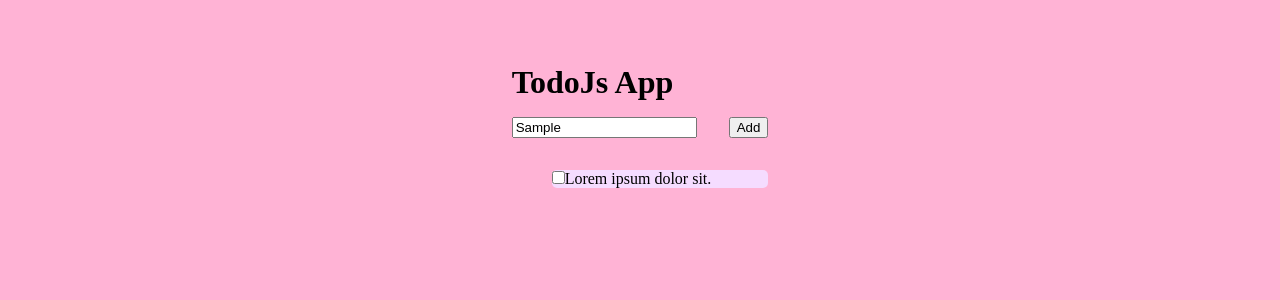
Repository: AlexandraYuhno/todo
Page: index.html
These files come from the project's save history. The page is drawn as it stood at one moment and after the next save; the edit follows.
The browser window is 1280 px wide. The pictures show the whole page.
Empty fields were first filled with sample values (such as "Sample", 5 or name@example.com).
After loading, the first visible `#btnAdd` was clicked once.

Above is the page before, as saved 2024-06-17 16:11:50.
Console error: ReferenceError: taskHTML is not defined

After the next save:
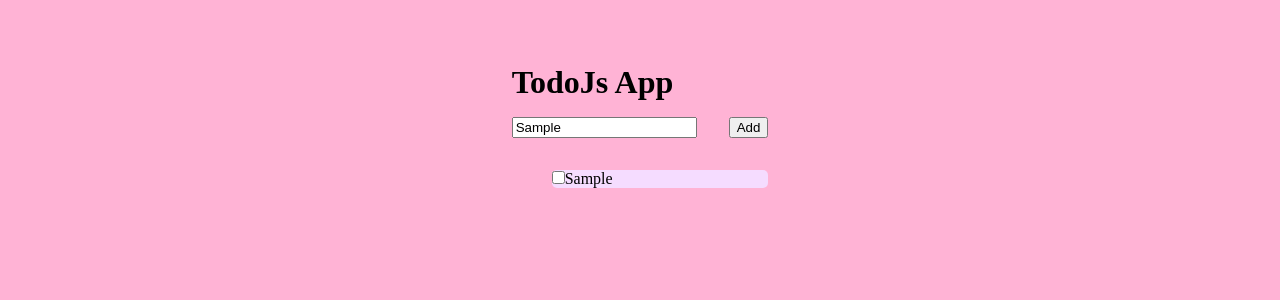
The error is gone.
Saved 48 s later.
--- a/script.js
+++ b/script.js
@@ -17,9 +17,10 @@ let render = () => {
                         </label>
                         <div class="todo__task-title"> ${taskText}</div>
                      </li>`   ;
-    })
+
     taskList.innerHTML = taskHTML;
-
+}
+)
 }
 
 btnAdd.addEventListener("click", function addTask(){
